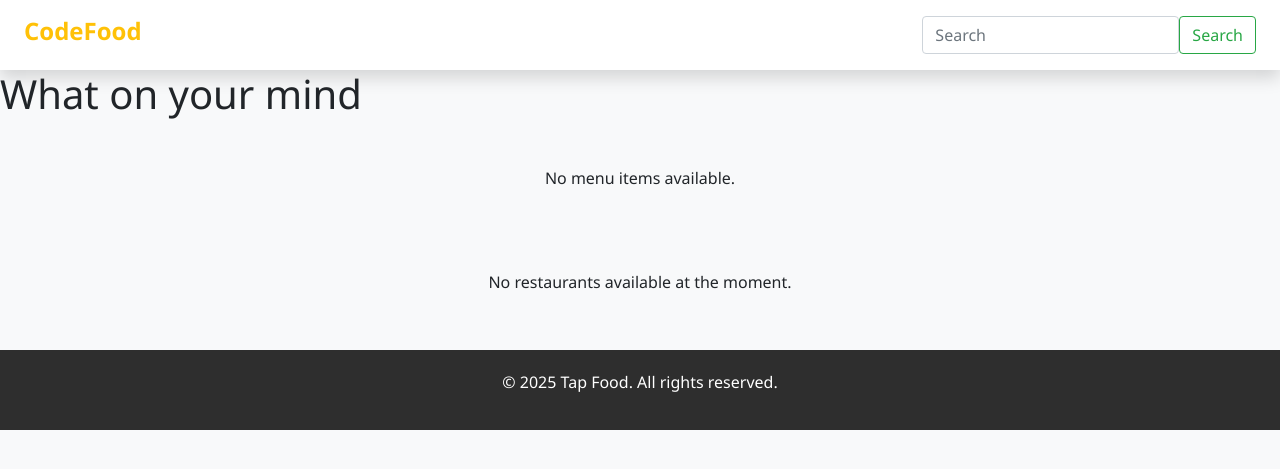
Repository: Rupeswarbhainsa777/Food-Web-App
Page: http://localhost/TapFoodApp/resturent.jsp
An editor plug-in stored every save of this project. The page is shown before and after the next save, followed by the edit.
The browser window is 1280 px wide. The pictures show the whole page.
The page is served by Tomcat 10. Nobody is signed in. The application's start-up code is not run. Queries for data that is not in the repository find no rows.

Above is the page before, as saved 2025-05-02 18:15:24.

After the next save:
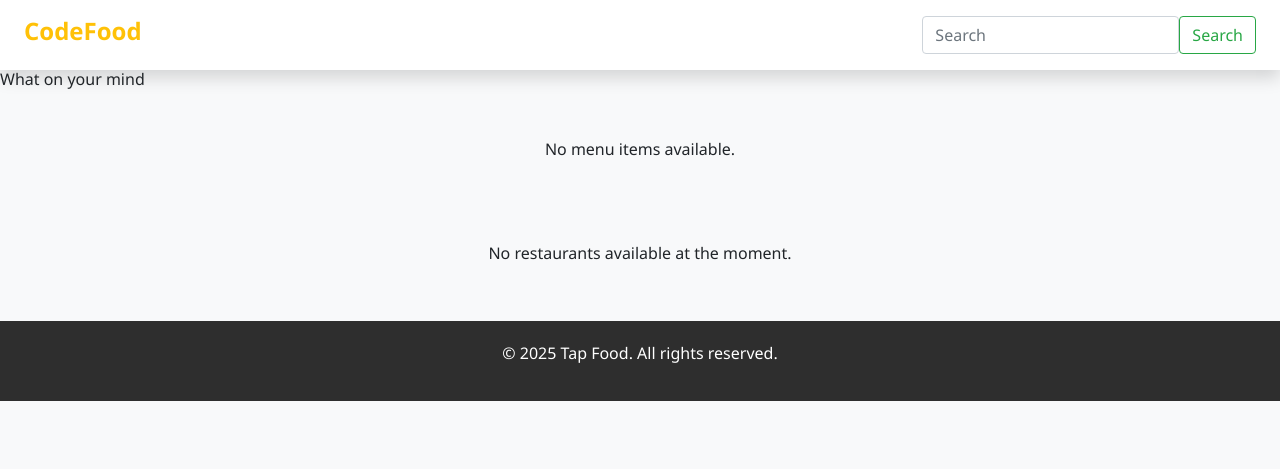
Saved 14 s later.
--- a/TapFoodApp/src/main/webapp/resturent.jsp
+++ b/TapFoodApp/src/main/webapp/resturent.jsp
@@ -155,7 +155,7 @@ body {
         }
   .heading{
 
-   font-size: 2.5rem;
+   font-size: 16px;
 
   }
 </style>
